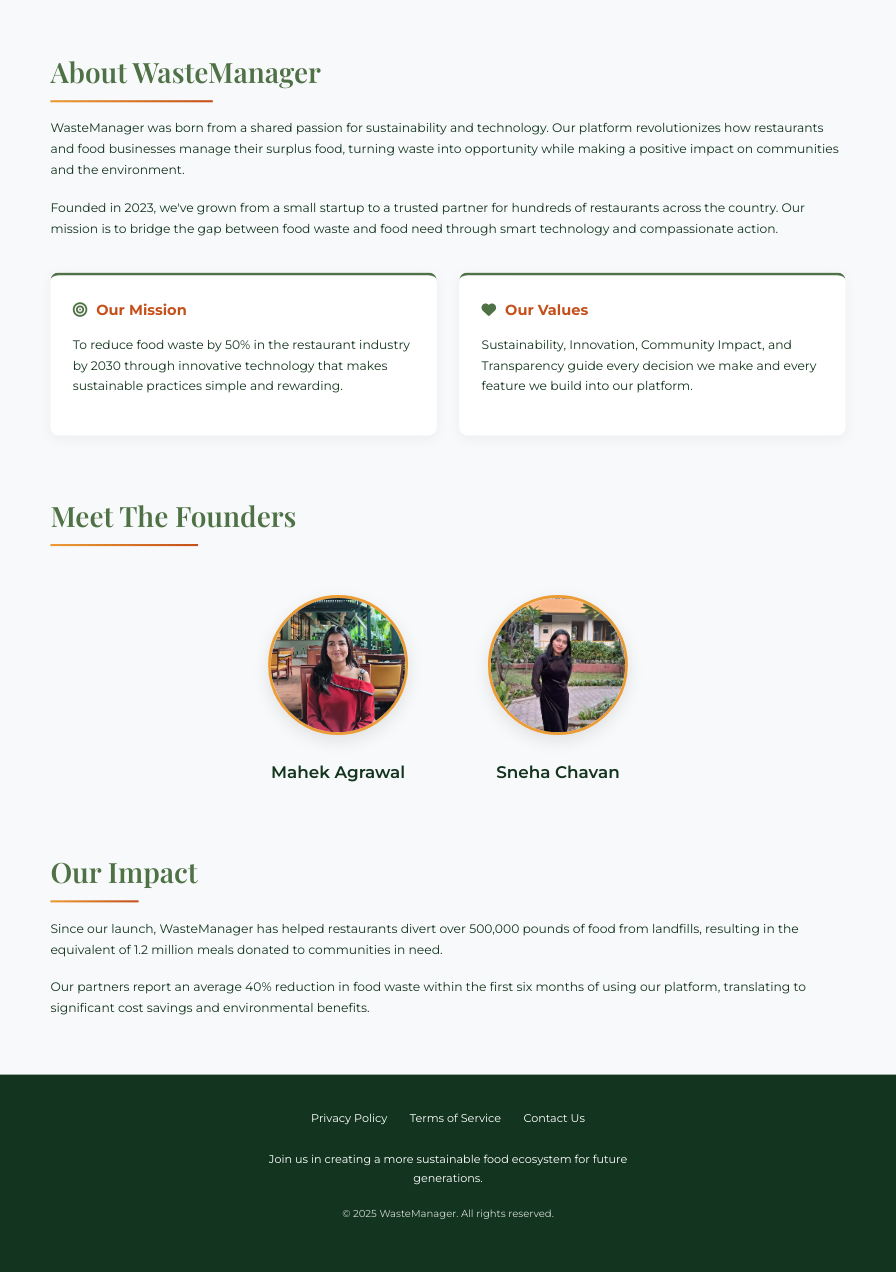
Repository: mahekagrawal25/restaurant-waste-management
Page: frontend/aboutus.html
The author's editor kept a copy of each file at every save. The page is drawn from the files as they stood at one save, then again after the next save.
The browser window is 1280 px wide. The pictures show the part of the page from y = 453 to 2373 px (the page is 2270 px tall before and 2373 px after), at 70% of full size.

Above is the page before, as saved 2025-04-25 23:48:53.

After the next save:
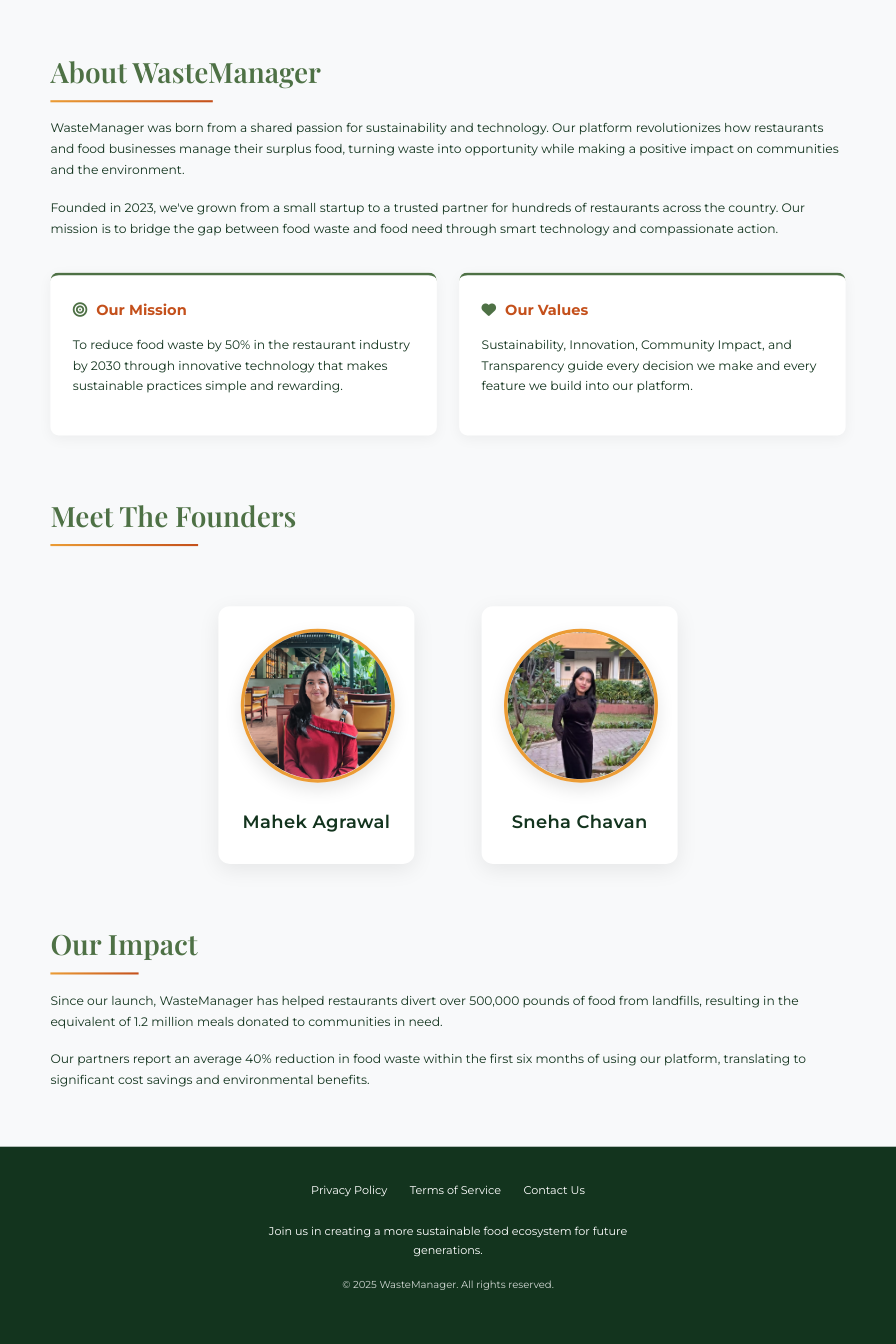
Saved 108 s later.
--- a/frontend/aboutus.html
+++ b/frontend/aboutus.html
@@ -133,37 +133,43 @@
     .founders {
       display: flex;
       justify-content: center;
-      gap: 4rem;
-      margin-top: 3rem;
+      gap: 6rem;
+      margin: 4rem 0;
       flex-wrap: wrap;
     }
 
     .founder {
       text-align: center;
-      width: 250px;
+      width: 280px;
+      padding: 2rem;
+      background: white;
+      border-radius: 16px;
+      box-shadow: 0 8px 30px rgba(0, 0, 0, 0.08);
+      transition: var(--transition);
+    }
+
+    .founder:hover {
+      transform: translateY(-10px);
+      box-shadow: 0 15px 40px rgba(0, 0, 0, 0.12);
     }
 
     .founder-photo {
-      width: 200px;
-      height: 200px;
+      width: 220px;
+      height: 220px;
       border-radius: 50%;
       object-fit: cover;
-      border: 4px solid var(--gamboge);
+      border: 5px solid var(--gamboge);
       margin: 0 auto 1.5rem;
-      box-shadow: 0 8px 25px rgba(0, 0, 0, 0.1);
-      transition: var(--transition);
-    }
-
-    .founder:hover .founder-photo {
-      transform: scale(1.05);
-      box-shadow: 0 12px 30px rgba(0, 0, 0, 0.15);
+      box-shadow: 0 10px 25px rgba(0, 0, 0, 0.1);
+      transition: var(--transition);
     }
 
     .founder h3 {
-      font-size: 1.5rem;
+      font-size: 1.6rem;
       color: var(--dark-green);
       margin-bottom: 0.5rem;
       font-weight: 600;
+      letter-spacing: 0.5px;
     }
 
     .mission-values {
